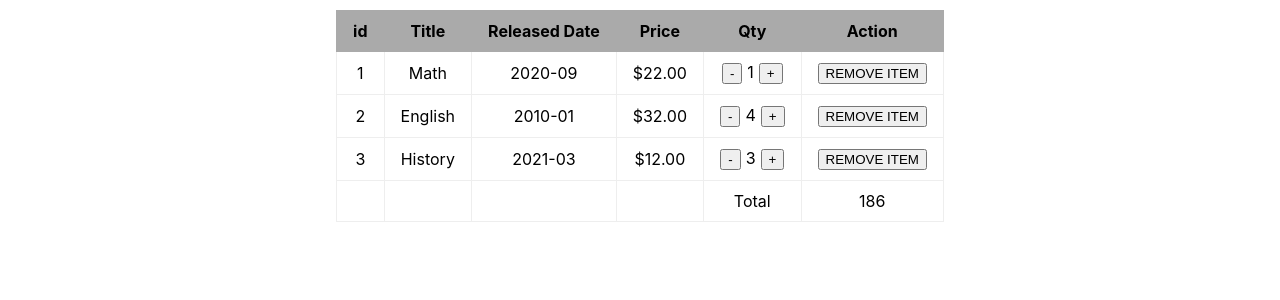
Repository: vgg1kkh/myBookStoreBasket
Page: /
An editor plug-in stored every save of this project. The page is shown before and after the next save, followed by the edit.
The browser window is 1280 px wide. The pictures show the whole page.
The project was rebuilt for these pictures with package versions that can differ from the ones it lists, and the page was loaded fresh each time.

Above is the page before, as saved 2021-10-07 16:50:06.

After the next save:
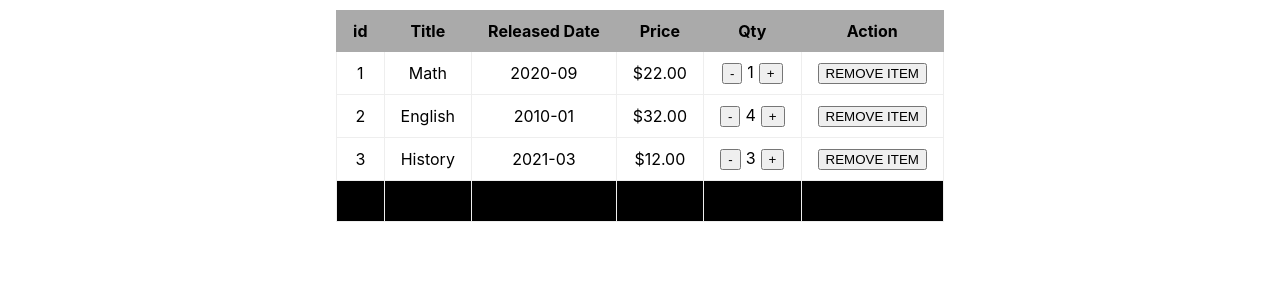
Saved 36 s later.
--- a/src/App.css
+++ b/src/App.css
@@ -16,7 +16,7 @@ th {
     border-color: #aaa
 }
 table tbody tr:last-child{
-    background-color: #fff;
+    background-color: #000;
 }
 .book-qty {
     margin: 0 5px;
